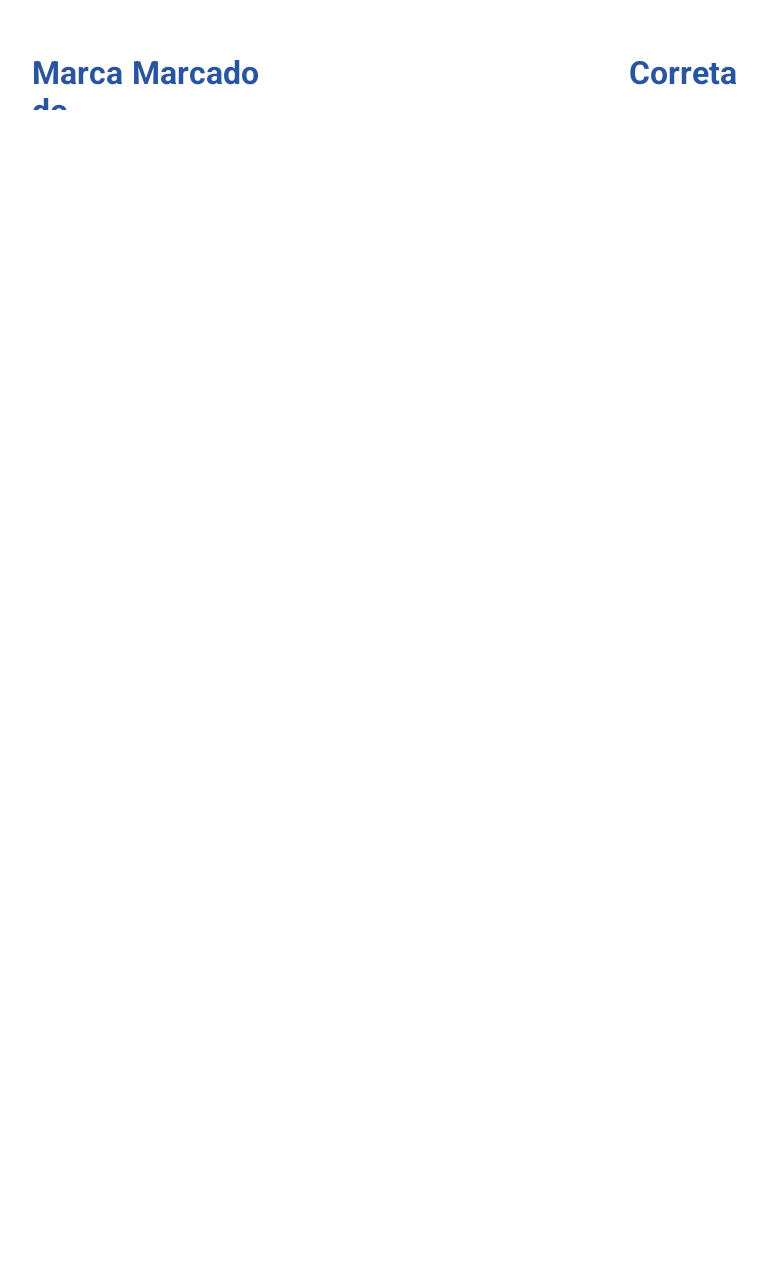
Repository: lmqs/ProjetoDisciplinaTopicos
Layout: TopicosProjetoAndroid/res/layout/activity_resultado_prova.xml
An editor plug-in stored every save of this project. The layout is shown before and after the next save, followed by the edit.
It is drawn on a 768 x 1280 px phone screen (xhdpi) without system bars, with theme AppTheme; the app's code is not run. Lists and similar views that code fills are empty.

Above is the layout before, as saved 2014-05-04 02:08:22.

### TopicosProjetoAndroid/res/layout/activity_resultado_prova.xml
<RelativeLayout xmlns:android="http://schemas.android.com/apk/res/android"
    xmlns:tools="http://schemas.android.com/tools"
    android:layout_width="match_parent"
    android:layout_height="match_parent"
    android:paddingBottom="@dimen/activity_vertical_margin"
    android:paddingLeft="@dimen/activity_horizontal_margin"
    android:paddingRight="@dimen/activity_horizontal_margin"
    android:paddingTop="@dimen/activity_vertical_margin"
    tools:context=".Resultado_prova" >

    <TableLayout
        android:layout_width="match_parent"
        android:layout_height="match_parent"
        android:stretchColumns="1" >

        <TableRow>

            <TextView
                android:id="@+id/lblMarcado"
                android:layout_width="50dp"
                android:layout_height="30dp"
                android:drawablePadding="2dp"
                android:text="@string/lblMarcado"
                android:textColor="#ff29549f"
                android:textSize="16sp"
                android:textStyle="bold" />

            <TextView
                android:id="@+id/lblMarcado"
                android:layout_width="50dp"
                android:layout_height="30dp"
                android:drawablePadding="2dp"
                android:text="@string/lblMarcado"
                android:textColor="#ff29549f"
                android:textSize="16sp"
                android:textStyle="bold" />

            <TextView
                android:id="@+id/lblAcerto"
                android:layout_width="match_parent"
                android:layout_height="40dp"
                android:gravity="center"
                android:text="@string/lblAcerto"
                android:textColor="#ff29549f"
                android:textSize="16sp"
                android:textStyle="bold" />
        </TableRow>
    </TableLayout>

    <ListView
        android:id="@+id/lista__geral_resultado"
        android:layout_width="match_parent"
        android:layout_height="wrap_content"
        android:layout_alignParentLeft="true"
        android:layout_alignParentTop="true"
        android:layout_marginLeft="16dp"
        android:layout_marginTop="17dp" >
    </ListView>

</RelativeLayout>

### TopicosProjetoAndroid/res/values/styles.xml
<resources>

    <!--
        Base application theme, dependent on API level. This theme is replaced
        by AppBaseTheme from res/values-vXX/styles.xml on newer devices.
    -->
    <style name="AppBaseTheme" parent="android:Theme.Light">
        <!--
            Theme customizations available in newer API levels can go in
            res/values-vXX/styles.xml, while customizations related to
            backward-compatibility can go here.
        -->
    </style>

    <!-- Application theme. -->
    <style name="AppTheme" parent="AppBaseTheme">
        <!-- All customizations that are NOT specific to a particular API-level can go here. -->
    </style>

    <style name="DashboardButton">
        <item name="android:layout_gravity">center_vertical</item>
        <item name="android:layout_width">wrap_content</item>
        <item name="android:layout_height">wrap_content</item>
        <item name="android:gravity">center_horizontal</item>
        <item name="android:drawablePadding">2dp</item>
        <item name="android:textSize">16dp</item>
        <item name="android:textStyle">bold</item>
        <item name="android:textColor">#ff29549f</item>
        <item name="android:background">@null</item>
    </style>



</resources>

### TopicosProjetoAndroid/res/values/strings.xml
<?xml version="1.0" encoding="utf-8"?>
<resources>

    <string name="app_name">Questões de Concurso</string>
    <string name="action_settings">Settings</string>
    <string name="hello_world">Hello world!</string>
    <string name="lbltitulo">Questões para concurso</string>
    <string name="btnInciar">Iniciar</string>
    <string name="title_activity_geracao_provas">GeracaoProvas</string>
    <string name="title_activity_questoes">Questões de Concurso</string>
    <string name="radioGrupo"></string>
    <string name="btnvalidar">Validar</string>
    <string name="btnerrar">Errou</string>
    <string name="btnAcerto">Acertou</string>
    <string name="title_activity_resultado_prova">Resultado da Prova</string>
    <string name="title_activity_lista_provas">Lista de Provas</string>
    <string name="btnResultado">Resultados</string>
    <string name="btnInfo">Informações</string>
    <string name="btnMaps">Onde estamos</string>
    <string name="lblPesquisar">Pesquisar</string>
    <string name="lblMarcado">Marcado</string>
    <string name="lblAcerto">Correta</string>
    <string name="lblcodigo">Código</string>

</resources>

Loaded but not shown: TopicosProjetoAndroid/res/values-v11/styles.xml (common file); TopicosProjetoAndroid/res/values-v14/styles.xml (common file); TopicosProjetoAndroid/res/values/dimens.xml (common file)

After the next save:
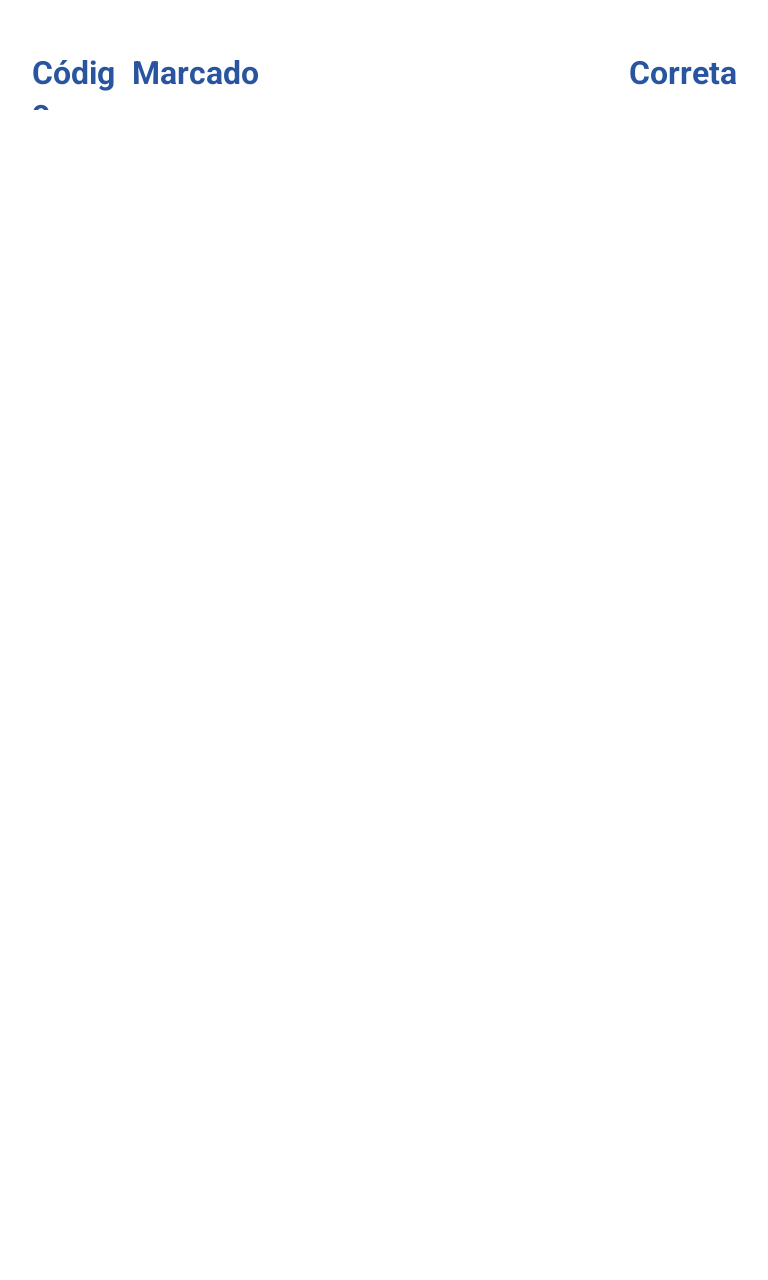
Saved 14 s later.
--- a/TopicosProjetoAndroid/res/layout/activity_resultado_prova.xml
+++ b/TopicosProjetoAndroid/res/layout/activity_resultado_prova.xml
@@ -16,17 +16,17 @@
         <TableRow>
 
             <TextView
-                android:id="@+id/lblMarcado"
+                android:id="@+id/Cod"
                 android:layout_width="50dp"
                 android:layout_height="30dp"
                 android:drawablePadding="2dp"
-                android:text="@string/lblMarcado"
+                android:text="@string/lblcodigo"
                 android:textColor="#ff29549f"
                 android:textSize="16sp"
                 android:textStyle="bold" />
 
             <TextView
-                android:id="@+id/lblMarcado"
+                android:id="@+id/Cod"
                 android:layout_width="50dp"
                 android:layout_height="30dp"
                 android:drawablePadding="2dp"
